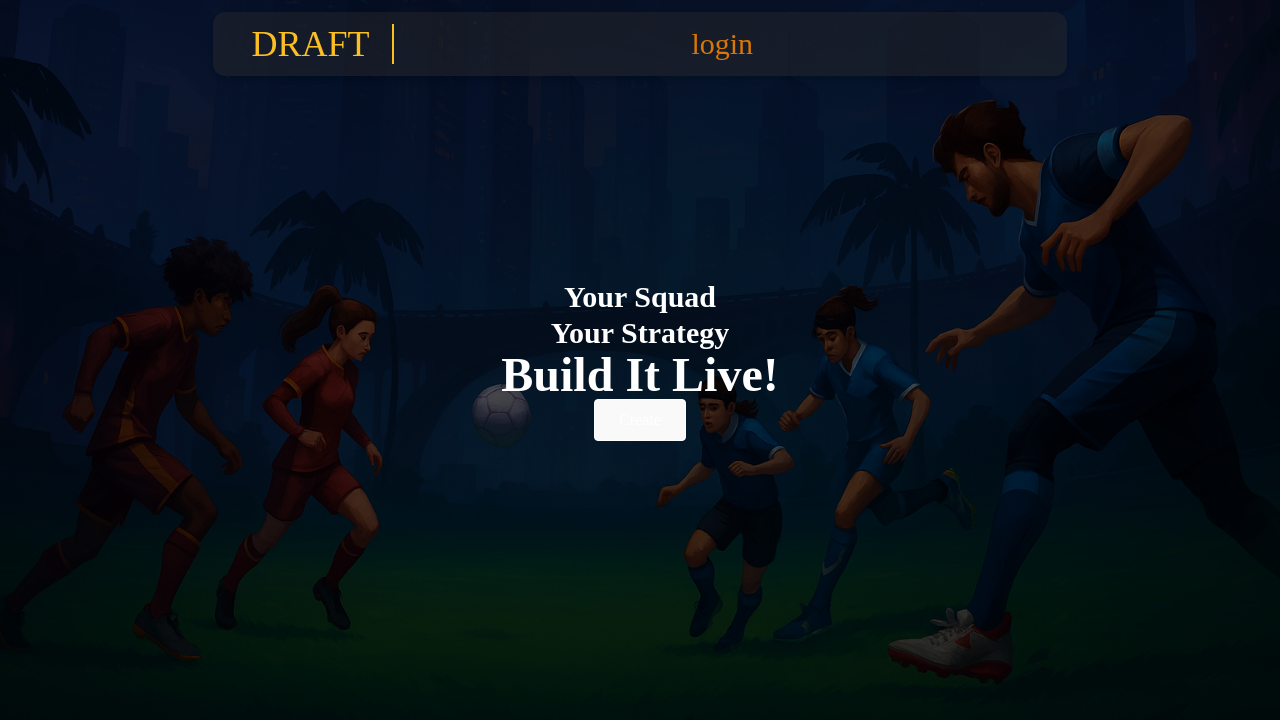
Repository: MehediMim/LeagueCrafter--Online-Auction-Platform-Project
Page: / (app in my-app/)
An editor plug-in stored every save of this project. The page is shown before and after the next save, followed by the edit.
The browser window is 1280 px wide. The pictures show the whole page.
Some web fonts or font styles are not loaded; a fallback is used. The project was rebuilt for these pictures with package versions that can differ from the ones it lists, and the page was loaded fresh each time. Also part of the build but not shown: my-app/vite.config.js, my-app/src/pages/Dashboard.jsx, my-app/src/pages/Login.jsx.

Above is the page before, as saved 2025-05-25 02:28:04.

After the next save:
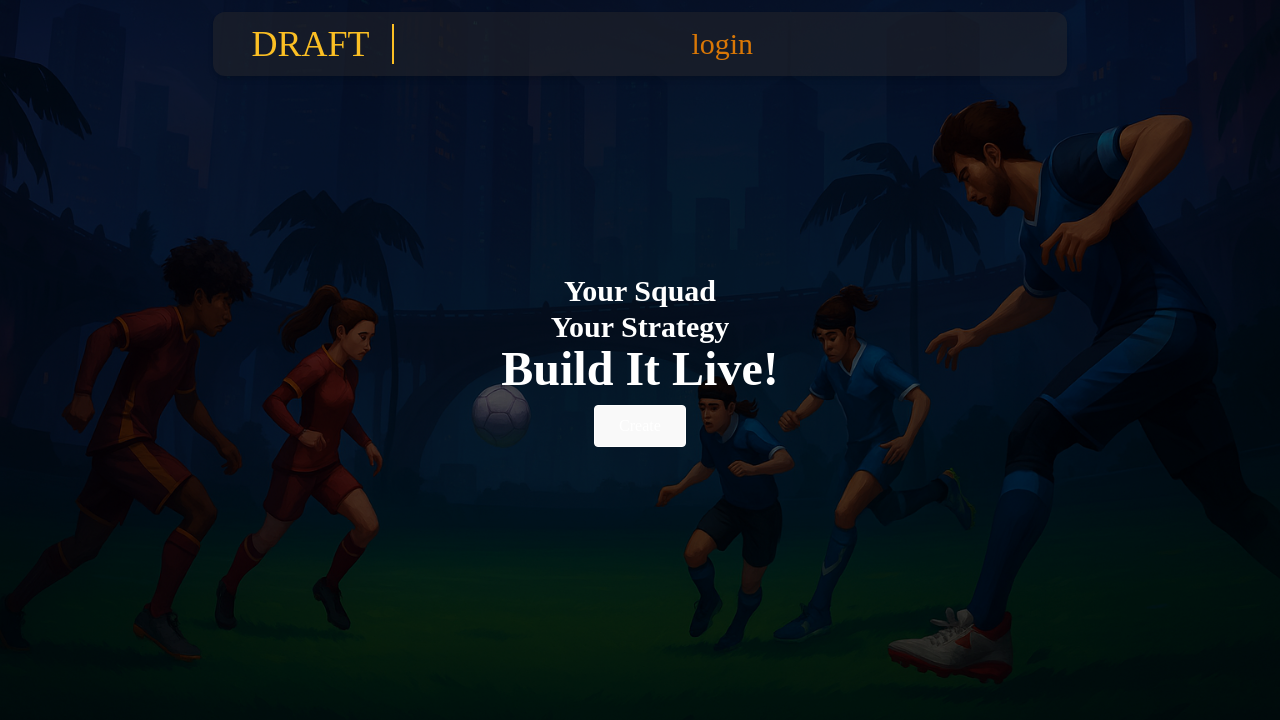
Saved 8 s later.
--- a/my-app/src/pages/Home.jsx
+++ b/my-app/src/pages/Home.jsx
@@ -21,7 +21,7 @@ export default function Home() {
           <h1 className="text-5xl font-barrio font-bold">
             Build It Live!
           </h1>
-          <button className="font-jaro px-6 py-2 text-white hover:bg-white hover:text-black border border-white rounded">
+          <button className="font-jaro mt-3 px-6 py-2 text-white hover:bg-white hover:text-black border border-white rounded">
             Create
           </button>
         </div>
